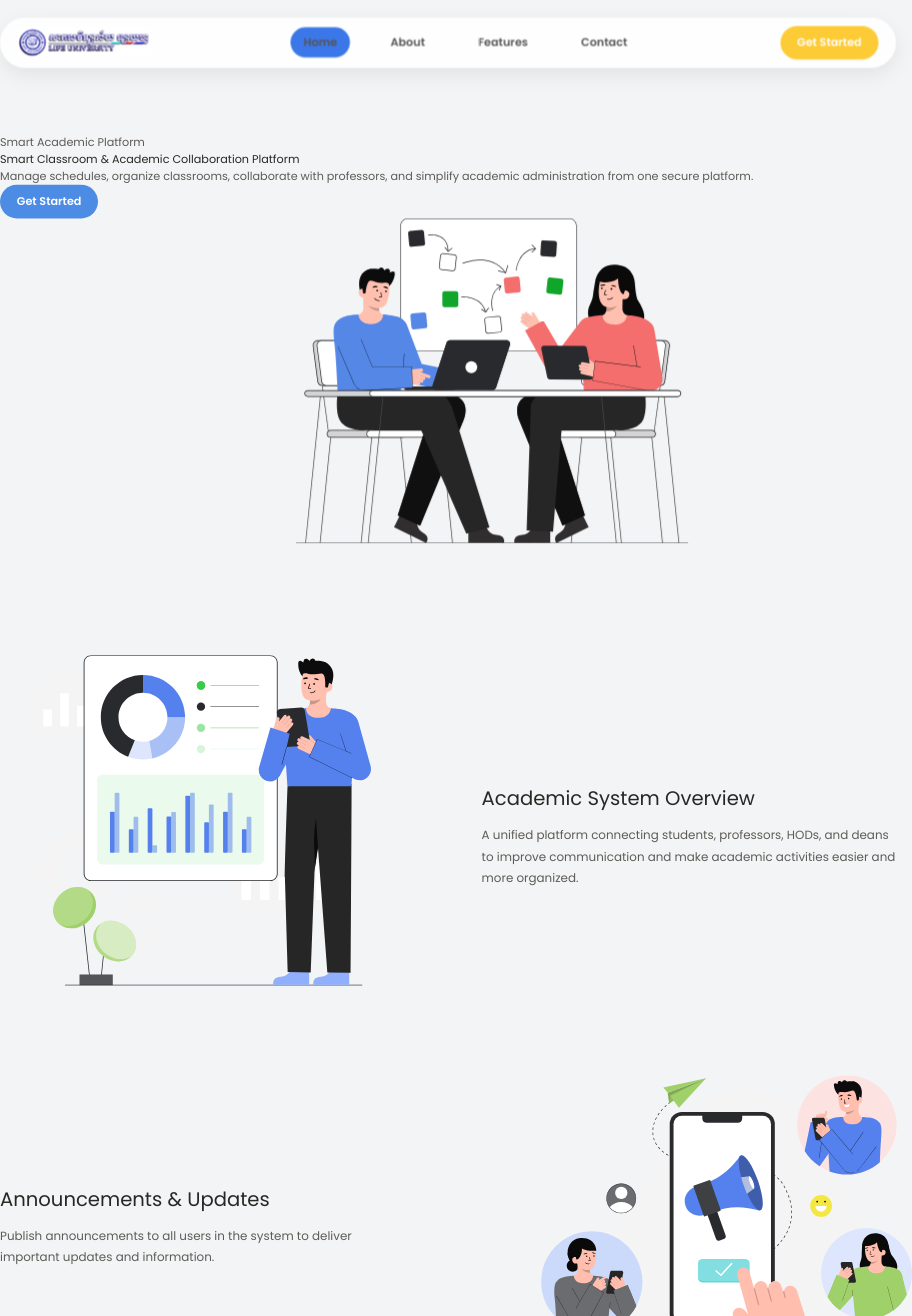
Repository: Chocovcandy/Classroom_Management_System
Page: http://localhost/
The author's editor kept a copy of each file at every save. The page is drawn from the files as they stood at one save, then again after a run of saves.
The browser window is 1280 px wide. The page is 1303 px wide, so the pictures cover 1303 px, including what lies to the right of the window. The pictures show the part of the page from y = 0 to 1880 px (the page is 4056 px tall before and 4653 px after), at 70% of full size.
Some web libraries are served in a nearby version. The page is served by the project's Laravel application, run on PHP 8.4 with Laravel 12.

Above is the page before, as saved 2026-08-09 16:05:51.

After the next 4 saves:
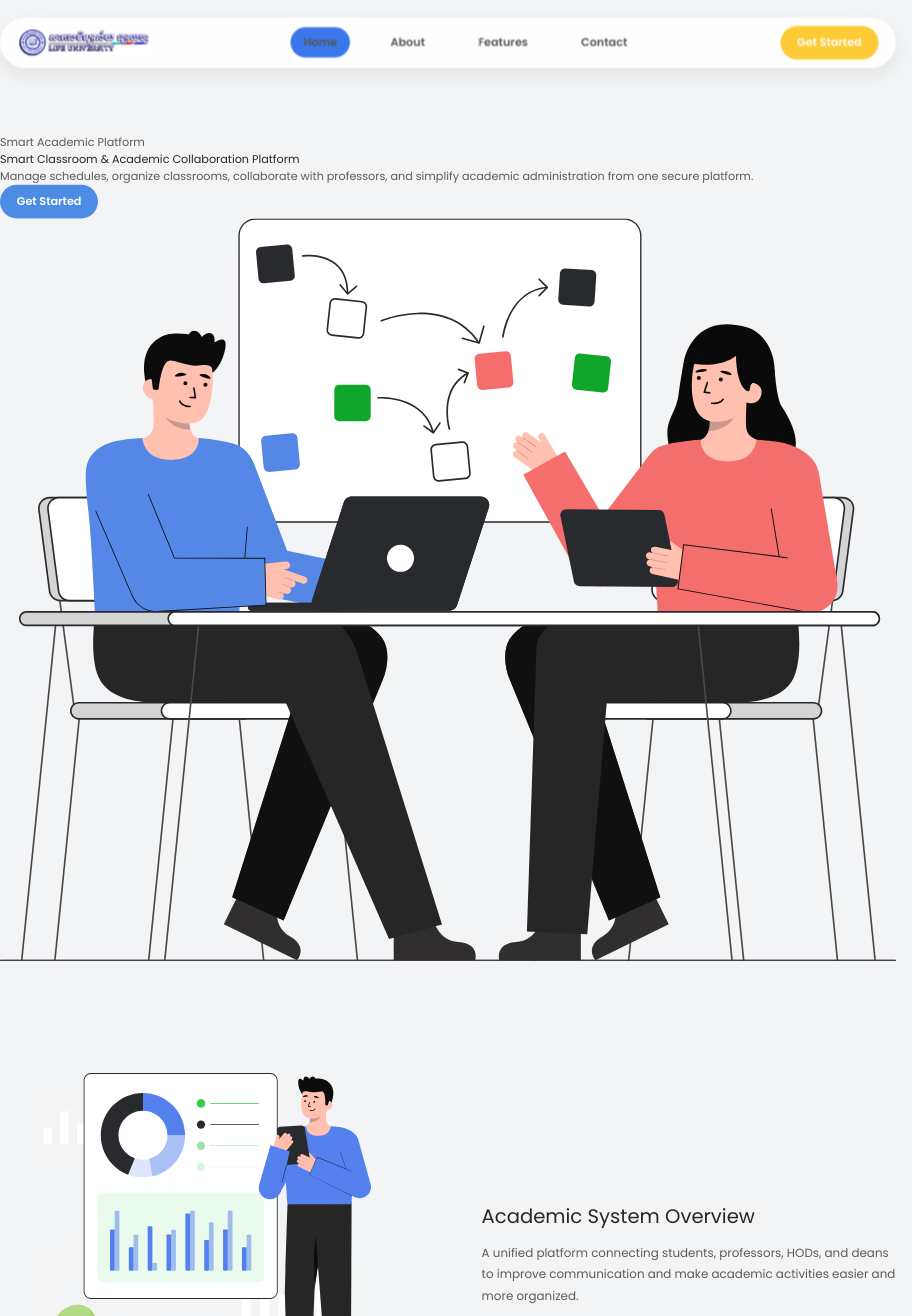
The 4 saves are shown as one change because they came seconds apart.
The last was saved 111 s later.
--- a/resources/views/welcome.blade.php
+++ b/resources/views/welcome.blade.php
@@ -58,9 +58,9 @@
 
                     <div class="home__data">
 
-                        <span class="home__eyebrow">
+                        <p class="home__tag">
                             Smart Academic Platform
-                        </span>
+                        </p>
 
                         <h1 class="home__title">
                             Smart Classroom &
@@ -76,18 +76,13 @@
                         <div class="home__buttons">
                             <a href="{{ route('Login_page') }}" class="button">
                                 Get Started
-                                <i class="ri-arrow-right-line"></i>
                             </a>
                         </div>
 
                     </div>
 
-                    <div class="home__visual">
-                        <div class="home__visual-bg"></div>
-
-                        <div class="img_svg1">
-                            <x-icons.home />
-                        </div>
+                    <div class="home__image">
+                        <x-icons.home />
                     </div>
 
                 </div>
